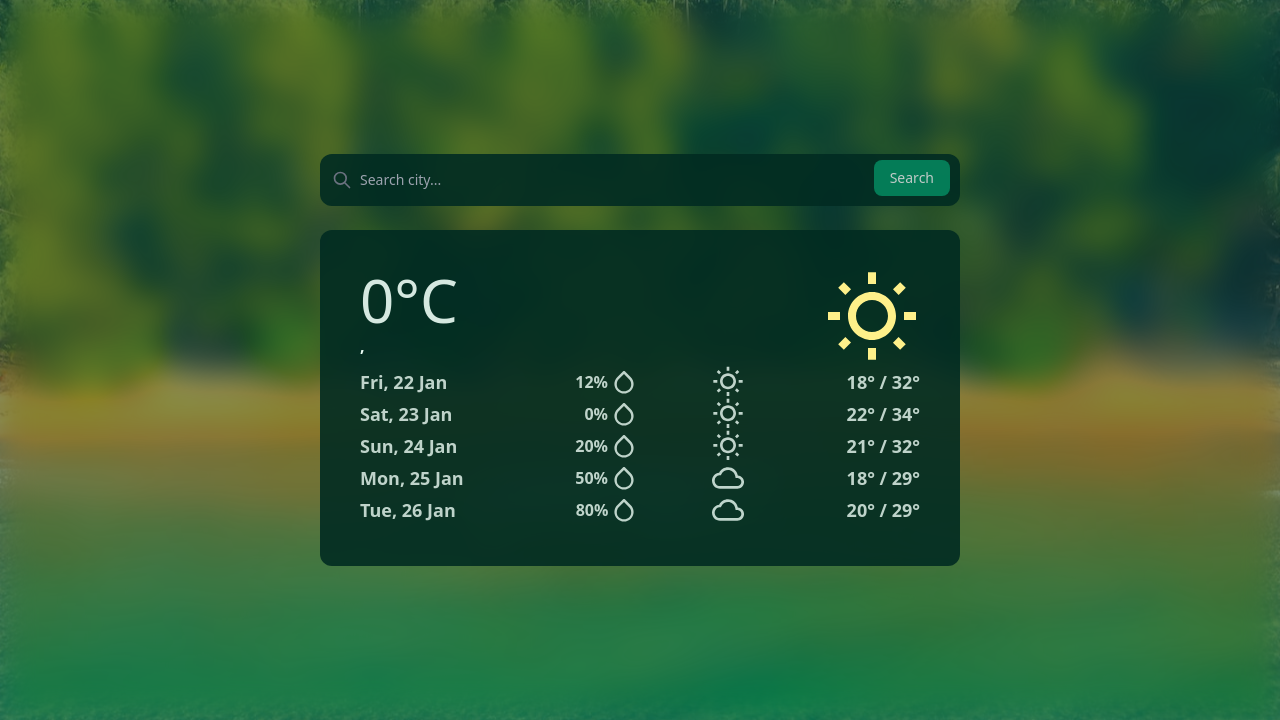
Repository: mikelCabezas/angular-exercices
Page: / (app in weather-app/)
The author's editor kept a copy of each file at every save. The page is drawn from the files as they stood at one save, then again after the next save.
The browser window is 1280 px wide. The pictures show the whole page.
The project was rebuilt for these pictures with package versions that can differ from the ones it lists, and the page was loaded fresh each time. Also part of the build but not shown: weather-app/angular.json.

Above is the page before, as saved 2023-09-18 19:21:30.

After the next save:
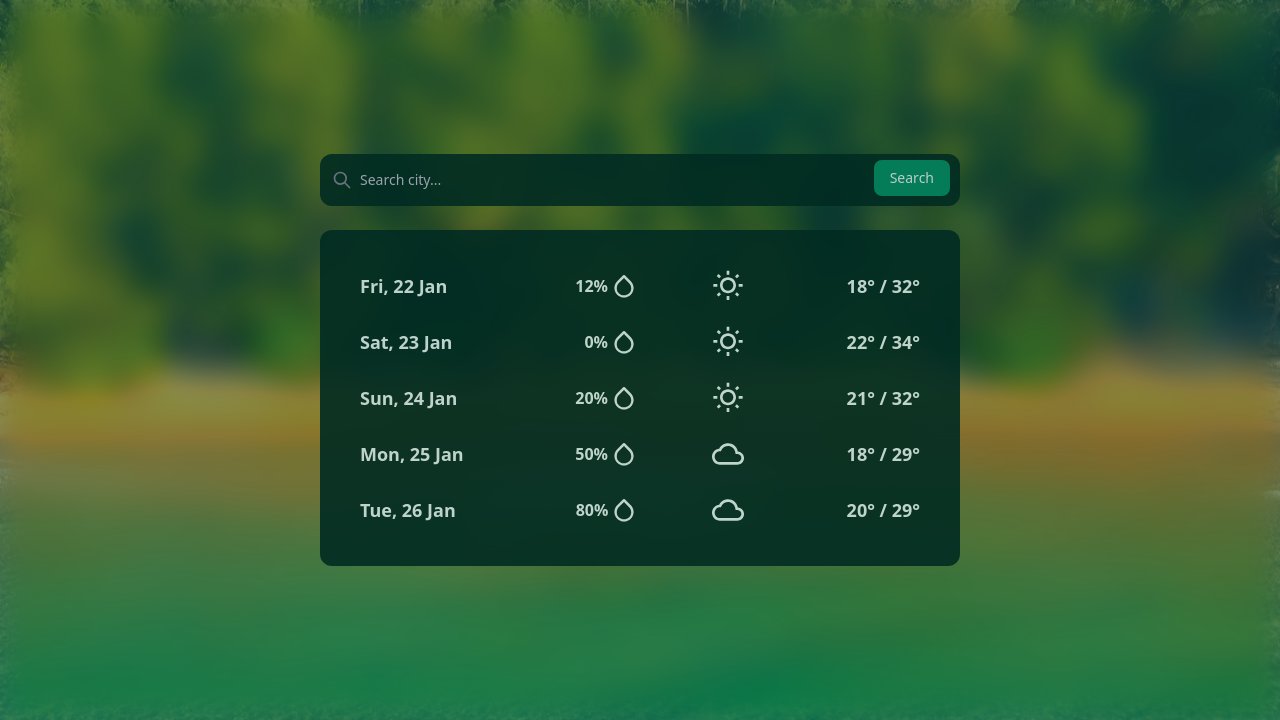
Saved 32 s later.
--- a/weather-app/src/app/components/dashboard/dashboard.component.html
+++ b/weather-app/src/app/components/dashboard/dashboard.component.html
@@ -39,25 +39,8 @@
         </svg>
         <span class="sr-only">Loading...</span>
     </div>
-    <div class="w-full max-w-screen-sm bg-emerald-950/90 p-10 rounded-xl mt-6">
-        <div class="flex justify-between">
-            <div class="flex flex-col">
-                <span class="text-6xl text-emerald-50/90 ">{{currentTemperature}}°C</span>
-                <span class="font-semibold mt-1 text-emerald-50">{{weatherCity}}, {{weatherCountry}}</span>
-            </div>
-            <svg
-                class="h-24 w-24 fill-current text-yellow-200"
-                xmlns="http://www.w3.org/2000/svg"
-                height="24"
-                viewBox="0 0 24 24"
-                width="24"
-            >
-                <path d="M0 0h24v24H0V0z" fill="none"/>
-                <path d="M6.76 4.84l-1.8-1.79-1.41 1.41 1.79 1.79zM1 10.5h3v2H1zM11 .55h2V3.5h-2zm8.04 2.495l1.408 1.407-1.79 1.79-1.407-1.408zm-1.8 15.115l1.79 1.8 1.41-1.41-1.8-1.79zM20 10.5h3v2h-3zm-8-5c-3.31 0-6 2.69-6 6s2.69 6 6 6 6-2.69 6-6-2.69-6-6-6zm0 10c-2.21 0-4-1.79-4-4s1.79-4 4-4 4 1.79 4 4-1.79 4-4 4zm-1 4h2v2.95h-2zm-7.45-.96l1.41 1.41 1.79-1.8-1.41-1.41z"/>
-            </svg>
-        </div>
 
-
+    <div class="flex flex-col space-y-6 w-full max-w-screen-sm bg-emerald-950/90 p-10 mt-6 rounded-xl">
         <div class="flex justify-between items-center">
             <span class="font-semibold text-lg w-1/4">Fri, 22 Jan</span>
             <div class="flex items-center justify-end w-1/4 pr-10">
